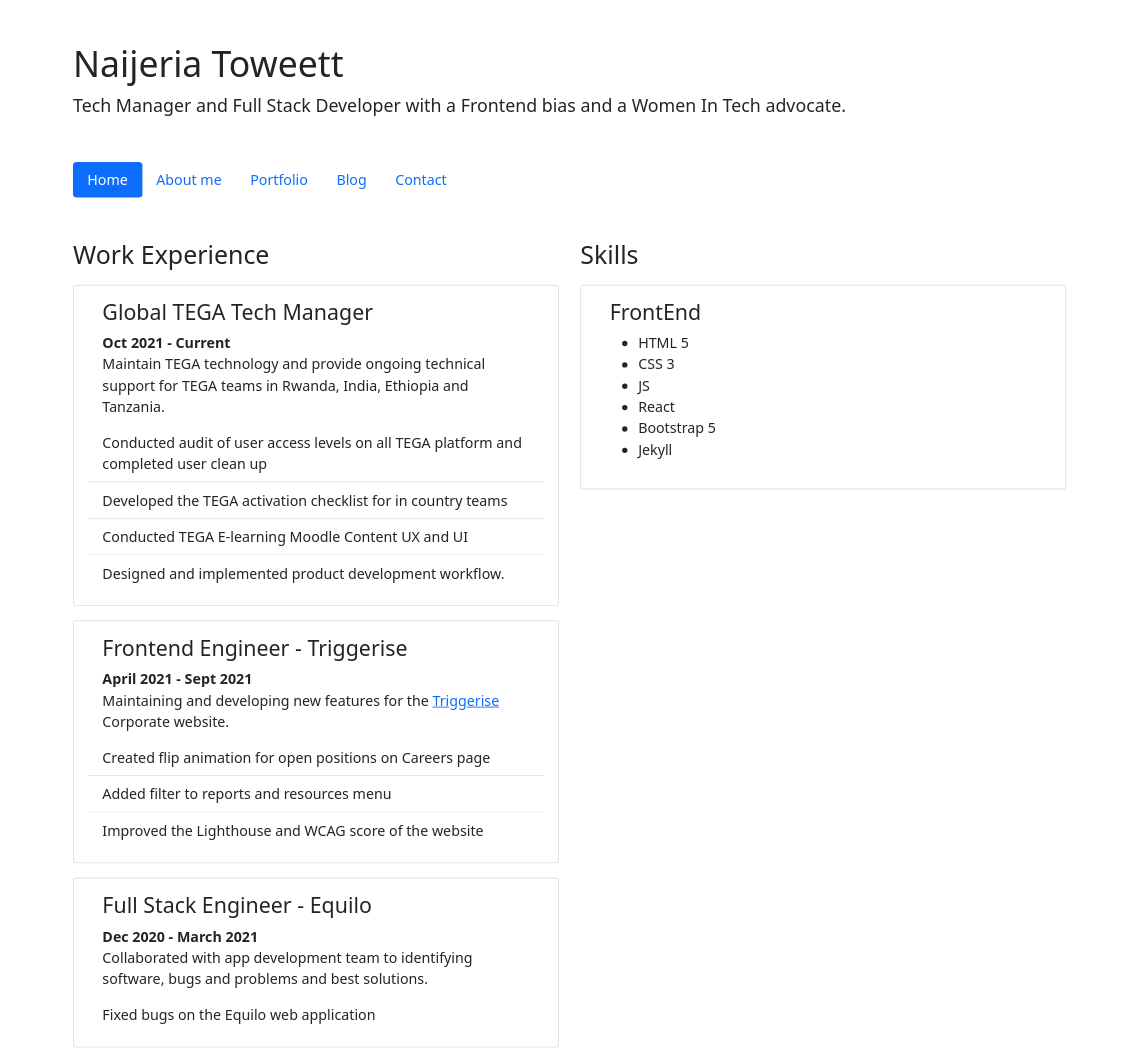
Repository: mamatechafrica/portfolio
Page: index.html
The author's editor kept a copy of each file at every save. The page is drawn from the files as they stood at one save, then again after the next save.
The browser window is 1280 px wide. The pictures show the whole page, at 89% of full size.

Above is the page before, as saved 2022-01-04 18:35:45.

### index.html
<!doctype html>
<html lang="en">
    <head>
        <!-- Required meta tags -->
        <meta charset="utf-8">
        <meta name="viewport" content="width=device-width, initial-scale=1">

        <!-- Bootstrap CSS -->
        <link href="https://cdn.jsdelivr.net/npm/bootstrap@5.0.2/dist/css/bootstrap.min.css" rel="stylesheet" integrity="sha384-EVSTQN3/azprG1Anm3QDgpJLIm9Nao0Yz1ztcQTwFspd3yD65VohhpuuCOmLASjC" crossorigin="anonymous">

        <title>NashTheCoder portfolio</title>
    </head>
    <body>
        <div class="container my-5">
            <h1>Naijeria Toweett</h1>
            <p class="lead">
                Tech Manager and Full Stack Developer with a Frontend bias and a Women In Tech advocate.
            </p>
        </div>

        <div class="container">
            <nav>
                <ul class="nav nav-pills ">
                    <li class="nav-item">
                        <a class="nav-link active" aria-current="page" href="#">Home</a>
                    </li>
                    <li class="nav-item">
                        <a class="nav-link" href="#">About me</a>
                    </li>
                    <li class="nav-item">
                        <a class="nav-link" href="#">Portfolio</a>
                    </li>
                    <li class="nav-item">
                        <a class="nav-link" href="https://mumlovestech.com/" target="blank">Blog</a>
                    </li>
                    <li class="nav-item">
                        <a class="nav-link" href="#">Contact</a>
                    </li>
                </ul>
            </nav>
        </div>

        <div class="container mt-5">
            <div class="row">
                <div class="col">
                    <h3 class="mb-3">Work Experience</h3>
                        <div class="card mb-3">
                            <div class="card-body">
                                <div class="mx-3">
                                    <h4>Global TEGA Tech Manager</h4>
                                    <div>
                                        <strong>Oct 2021 - Current</strong>
                                    </div>
                                    Maintain TEGA technology and provide ongoing technical support for
                                    TEGA teams in Rwanda, India, Ethiopia and Tanzania.
                                </div>
                                    <ul class="list-group list-group-flush mt-2">
                                        <li class="list-group-item">Conducted audit of user access levels on all TEGA platform and completed user clean up</li>
                                        <li class="list-group-item">Developed the TEGA activation checklist for in country teams</li>
                                        <li class="list-group-item">Conducted TEGA E-learning Moodle Content UX and UI</li>
                                        <li class="list-group-item">Designed and implemented product development workflow.</li>
                                    </ul>
                            </div>
                        </div>
                        <div class="card mb-3">
                            <div class="card-body">
                                <div class="mx-3">
                                    <h4>Frontend Engineer - Triggerise</h4>
                                    <div>
                                        <strong>April 2021 - Sept 2021</strong>
                                    </div>
                                    Maintaining and developing new features for the <a href="https://triggerise.org/">Triggerise</a> Corporate website.
                                </div>
                                    <ul class="list-group list-group-flush mt-2">
                                        <li class="list-group-item">Created flip animation for open positions on Careers page</li>
                                        <li class="list-group-item">Added filter to reports and resources menu</li>
                                        <li class="list-group-item">Improved the Lighthouse and WCAG score of the website</li>
                                    </ul>
                            </div>
                        </div>
                        <div class="card mb-3">
                            <div class="card-body">
                                <div class="mx-3">
                                    <h4>Full Stack Engineer - Equilo</h4>
                                    <div>
                                        <strong>Dec 2020 - March 2021</strong>
                                    </div>
                                    Collaborated with app development team to identifying software, bugs and problems and best solutions.
                                </div>
                                    <ul class="list-group list-group-flush mt-2">
                                        <li class="list-group-item">Fixed bugs on the Equilo web application</li>
                                    </ul>
                            </div>
                        </div>
                </div>
                <div class="col">
                    <h3 class="mb-3">Skills</h3>
                    <div class="card mb-3">
                        <div class="card-body">
                            <div class="mx-3">
                                <h4>FrontEnd</h4>
                                    <ul>
                                        <li>HTML 5</li>
                                        <li>CSS 3</li>
                                        <li>JS</li>
                                        <li>React</li>
                                        <li>Bootstrap 5</li>
                                        <li>Jekyll</li>
                                    </ul>
                            </div>
                        </div>
                    </div>
                </div>
            </div>
        </div>

        <!-- Optional JavaScript; choose one of the two! -->

        <!-- Option 1: Bootstrap Bundle with Popper -->
        <script src="https://cdn.jsdelivr.net/npm/bootstrap@5.0.2/dist/js/bootstrap.bundle.min.js" integrity="sha384-MrcW6ZMFYlzcLA8Nl+NtUVF0sA7MsXsP1UyJoMp4YLEuNSfAP+JcXn/tWtIaxVXM" crossorigin="anonymous"></script>

        <!-- Option 2: Separate Popper and Bootstrap JS -->
        <!--
        <script src="https://cdn.jsdelivr.net/npm/@popperjs/core@2.9.2/dist/umd/popper.min.js" integrity="sha384-IQsoLXl5PILFhosVNubq5LC7Qb9DXgDA9i+tQ8Zj3iwWAwPtgFTxbJ8NT4GN1R8p" crossorigin="anonymous"></script>
        <script src="https://cdn.jsdelivr.net/npm/bootstrap@5.0.2/dist/js/bootstrap.min.js" integrity="sha384-cVKIPhGWiC2Al4u+LWgxfKTRIcfu0JTxR+EQDz/bgldoEyl4H0zUF0QKbrJ0EcQF" crossorigin="anonymous"></script>
        -->
    </body>
</html>

After the next save:
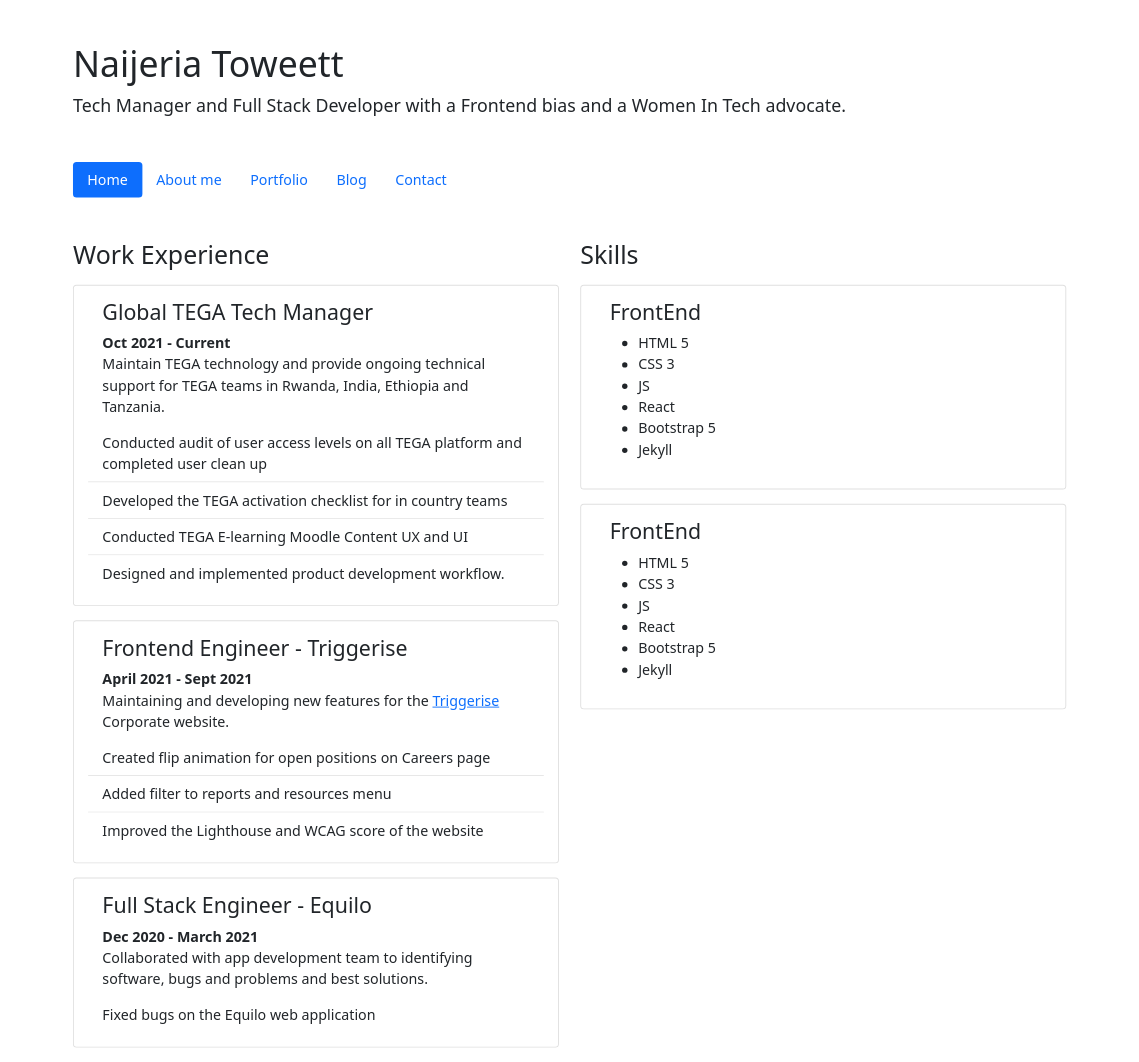
Saved 16 s later.
--- a/index.html
+++ b/index.html
@@ -110,6 +110,21 @@
                             </div>
                         </div>
                     </div>
+                    <div class="card mb-3">
+                        <div class="card-body">
+                            <div class="mx-3">
+                                <h4>FrontEnd</h4>
+                                    <ul>
+                                        <li>HTML 5</li>
+                                        <li>CSS 3</li>
+                                        <li>JS</li>
+                                        <li>React</li>
+                                        <li>Bootstrap 5</li>
+                                        <li>Jekyll</li>
+                                    </ul>
+                            </div>
+                        </div>
+                    </div>
                 </div>
             </div>
         </div>
